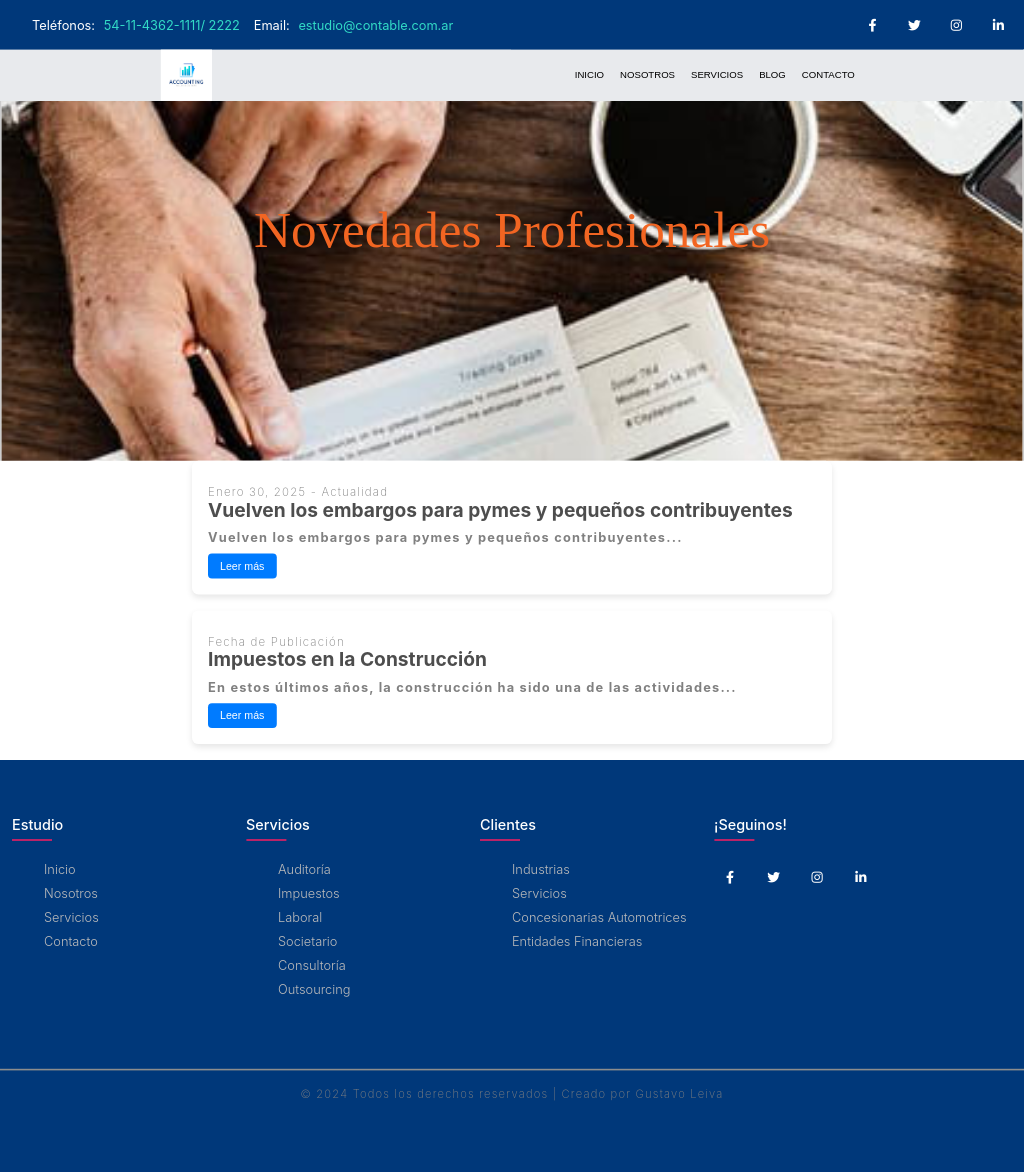
Repository: Gustavo-Leiva/estudioContable
Page: html/blog.html
These files come from the project's save history. The page is drawn as it stood at one moment and after the next save; the edit follows.
The browser window is 1280 px wide. The pictures show the whole page, at 80% of full size.
Some web libraries are served in a nearby version.

Above is the page before, as saved 2025-01-31 19:03:57.

### html/blog.html
<!DOCTYPE html>
<html lang="en">
<head>
    <meta charset="UTF-8">
    <meta name="viewport" content="width=device-width, initial-scale=1.0">
    <title>Blog</title>
    <script src="https://kit.fontawesome.com/363b4ef9d0.js" crossorigin="anonymous"></script>
    <link rel="stylesheet" type="text/css" href="https://cdnjs.cloudflare.com/ajax/libs/font-awesome/6.0.0/css/all.min.css">
    <link rel="stylesheet" type="text/css" href="/css/style.css">
    <script src="../js/app.js"></script>
    <script src="../js/app1.js"></script>
</head>
<body>
    <header id="home" class="header">
        <nav class="nav">
            <div class="container-all">
                <div class="container-contacto">
                    <div class="contacto">
                        <ul class="nav-contacto">
                            <li>
                                <span class="contac">Teléfonos:</span>
                                <a href="#" class="phone">54-11-4362-1111/ 2222</a>
                            </li>
                            <li>
                                <span class="contac">Email:</span>
                                <a href="#" class="email">estudio@contable.com.ar</a>
                            </li>
                        </ul>
                    </div>
                    <div class="social-links">
                        <a href="#"><i class="fab fa-facebook-f"></i></a>
                        <a href="#"><i class="fab fa-twitter"></i></a>
                        <a href="#"><i class="fab fa-instagram"></i></a>
                        <a href="#"><i class="fab fa-linkedin-in"></i></a>
                    </div>
                </div>
                <div class="nav-items">
                    <img src="../img/logo2.jpg" alt="Logo del estudio" class="imagen-logo">
                    <button id="abrir" class="abrir-menu"><i class="fas fa-bars"></i></button>
                    <div class="nav-menu" id="nav">
                        <button id="cerrar" class="cerrar-menu"><i class="fa-solid fa-xmark"></i></button>
                        <ul class="nav-list">
                            <li class="menu-item"><a href="/index.html">Inicio</a></li>
                            <li class="menu-item"><a href="/html/nosotros.html">Nosotros</a></li>
                            <li class="menu-item"><a href="/html/servicios.html">Servicios</a></li>
                            <li class="menu-item"><a href="/html/blog.html">Blog</a></li>
                            <li class="menu-item"><a href="/html/contacto.html">Contacto</a></li>
                        </ul>
                    </div>
                </div>
            </div>
        </nav>
    </header>

    <section class="imagenContenedora" id="imagenContenedora">
        <img class="contenedoraBlog" src="../img/blog.jpg" alt="Imagen de blog">
        <h1 class="leyenda">Novedades Profesionales</h1>
    </section>

    <!-- Contenedor donde se cargarán dinámicamente los artículos -->
    <section id="blog-container" class="blog-container"></section>

    <footer class="footer">
        <div class="footer-container">
            <div class="row">
                <div class="footer-col">
                    <h4 class="title">Estudio</h4>
                    <ul>
                        <li><a href="#">Inicio</a></li>
                        <li><a href="#">Nosotros</a></li>
                        <li><a href="#">Servicios</a></li>
                        <li><a href="#">Contacto</a></li>
                    </ul>
                </div>
                <div class="footer-col">
                    <h4 class="title">Servicios</h4>
                    <ul>
                        <li><a href="#">Auditoría</a></li>
                        <li><a href="#">Impuestos</a></li>
                        <li><a href="#">Laboral</a></li>
                        <li><a href="#">Societario</a></li>
                        <li><a href="#">Consultoría</a></li>
                        <li><a href="#">Outsourcing</a></li>
                    </ul>
                </div>
                <div class="footer-col">
                    <h4 class="title">Clientes</h4>
                    <ul>
                        <li><a href="#">Industrias</a></li>
                        <li><a href="#">Servicios</a></li>
                        <li><a href="#">Concesionarias automotrices</a></li>
                        <li><a href="#">Entidades Financieras</a></li>
                    </ul>
                </div>
                <div class="footer-col footer-links">
                    <h4 class="title">¡Seguinos!</h4>
                    <div class="social-links">
                        <a href="#"><i class="fab fa-facebook-f"></i></a>
                        <a href="#"><i class="fab fa-twitter"></i></a>
                        <a href="#"><i class="fab fa-instagram"></i></a>
                        <a href="#"><i class="fab fa-linkedin-in"></i></a>
                    </div>
                </div>
            </div>
        </div>
        <hr>
        <p class="derechos">&copy; 2024 Todos los derechos reservados | Creado por Gustavo Leiva</p>
    </footer>


</body>
</html>

### js/app1.js
document.addEventListener("DOMContentLoaded", function () {
    // Cargar los artículos desde el archivo JSON
    fetch("../js/articulos.json")
        .then(response => response.json())  // Convertir la respuesta a JSON
        .then(data => {
            const contenedor = document.querySelector(".blog-container");  // Contenedor donde se mostrarán las tarjetas

            // Iterar sobre los artículos y crear una tarjeta para cada uno
            data.forEach(articulo => {
                const card = document.createElement("div");  // Crear un nuevo contenedor para cada artículo
                card.classList.add("blog-card");  // Añadir clase de estilo a la tarjeta

                // Reemplazar saltos de línea en el contenido
                const contenidoConSaltos = articulo.contenido.replace(/\n/g, '<br>');

                // Crear el contenido de la tarjeta
                let cardContent = `
                    <div class="card-header">
                        <p class="date">${articulo.fecha}</p>  <!-- Fecha de publicación -->
                        <h2>${articulo.titulo}</h2>  <!-- Título del artículo -->
                    </div>
                    <div class="card-body">
                        <p class="summary">${articulo.resumen}</p>  <!-- Resumen del artículo -->
                        <p class="full-content" style="display: none;">${contenidoConSaltos}</p>  <!-- Contenido completo (oculto inicialmente) -->
                    </div>
                    <button class="read-more">Leer más</button>  <!-- Botón para mostrar/ocultar el contenido -->
                `;

                // Insertar el contenido en la tarjeta
                card.innerHTML = cardContent;

                contenedor.appendChild(card);  // Añadir la tarjeta al contenedor de artículos
            });

            // Llamar a la función para activar los botones "Leer más"
            inicializarBotones();
        })
        .catch(error => console.error("Error cargando los artículos:", error));  // Manejo de errores

    function inicializarBotones() {
        const botones = document.querySelectorAll('.read-more');

        botones.forEach(button => {
            button.addEventListener('click', function() {
                const contenido = this.previousElementSibling;  // Obtener el contenido completo
                if (contenido.style.display === "none") {
                    contenido.style.display = "block";  // Mostrar contenido
                    this.textContent = "Leer menos";  // Cambiar el texto del botón
                } else {
                    contenido.style.display = "none";  // Ocultar contenido
                    this.textContent = "Leer más";  // Cambiar el texto del botón
                }
            });
        });
    }
});

Loaded but not shown: js/articulos.json (16 lines, source omitted); js/app.js (25 lines, source omitted); css/style.css (1296 lines, source omitted)

After the next save:
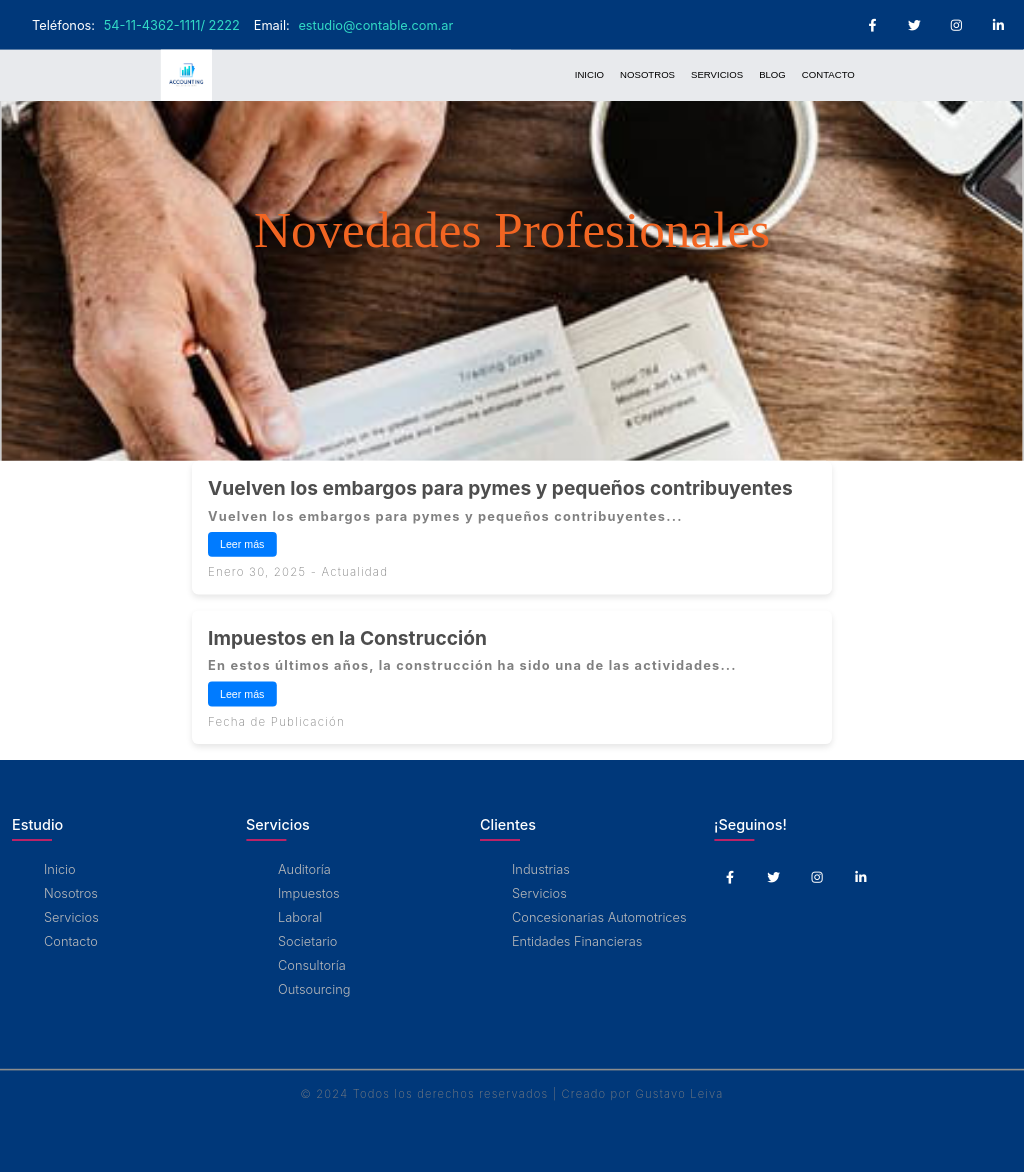
Saved 2 min 11 s later.
--- a/js/app1.js
+++ b/js/app1.js
@@ -1,54 +1,52 @@
 document.addEventListener("DOMContentLoaded", function () {
-    // Cargar los artículos desde el archivo JSON
+    // Cargar artículos desde el JSON
     fetch("../js/articulos.json")
-        .then(response => response.json())  // Convertir la respuesta a JSON
+        .then(response => response.json())
         .then(data => {
-            const contenedor = document.querySelector(".blog-container");  // Contenedor donde se mostrarán las tarjetas
+            const contenedor = document.querySelector(".blog-container");
 
             // Iterar sobre los artículos y crear una tarjeta para cada uno
             data.forEach(articulo => {
-                const card = document.createElement("div");  // Crear un nuevo contenedor para cada artículo
-                card.classList.add("blog-card");  // Añadir clase de estilo a la tarjeta
+                const card = document.createElement("div");
+                card.classList.add("blog-card");
 
-                // Reemplazar saltos de línea en el contenido
-                const contenidoConSaltos = articulo.contenido.replace(/\n/g, '<br>');
-
-                // Crear el contenido de la tarjeta
-                let cardContent = `
-                    <div class="card-header">
-                        <p class="date">${articulo.fecha}</p>  <!-- Fecha de publicación -->
-                        <h2>${articulo.titulo}</h2>  <!-- Título del artículo -->
-                    </div>
-                    <div class="card-body">
-                        <p class="summary">${articulo.resumen}</p>  <!-- Resumen del artículo -->
-                        <p class="full-content" style="display: none;">${contenidoConSaltos}</p>  <!-- Contenido completo (oculto inicialmente) -->
-                    </div>
-                    <button class="read-more">Leer más</button>  <!-- Botón para mostrar/ocultar el contenido -->
+                // Crear el HTML de la tarjeta
+                card.innerHTML = `
+                    <h2>${articulo.titulo}</h2>
+                    <p class="summary">${articulo.resumen}</p>
+                    <p class="full-content" style="display: none;">${articulo.contenido}</p>
+                    <button class="read-more">Leer más</button>
+                    <p class="date">${articulo.fecha}</p>
                 `;
 
-                // Insertar el contenido en la tarjeta
-                card.innerHTML = cardContent;
-
-                contenedor.appendChild(card);  // Añadir la tarjeta al contenedor de artículos
+                // Añadir la tarjeta al contenedor
+                contenedor.appendChild(card);
             });
 
-            // Llamar a la función para activar los botones "Leer más"
+            // Llamar a la función para activar los botones después de agregar los artículos
             inicializarBotones();
         })
-        .catch(error => console.error("Error cargando los artículos:", error));  // Manejo de errores
+        .catch(error => console.error("Error cargando los artículos:", error));
 
+    // Función para manejar los botones "Leer más"
     function inicializarBotones() {
-        const botones = document.querySelectorAll('.read-more');
+        const readMoreButtons = document.querySelectorAll(".read-more");
 
-        botones.forEach(button => {
-            button.addEventListener('click', function() {
-                const contenido = this.previousElementSibling;  // Obtener el contenido completo
-                if (contenido.style.display === "none") {
-                    contenido.style.display = "block";  // Mostrar contenido
-                    this.textContent = "Leer menos";  // Cambiar el texto del botón
-                } else {
-                    contenido.style.display = "none";  // Ocultar contenido
-                    this.textContent = "Leer más";  // Cambiar el texto del botón
+        // Recorrer cada botón y agregar un evento de clic
+        readMoreButtons.forEach(button => {
+            button.addEventListener("click", function () {
+                const card = this.closest(".blog-card");
+                const fullContent = card.querySelector(".full-content");
+                const isActive = fullContent.style.display === "block";
+
+                // Cerrar todos los contenidos antes de abrir el nuevo
+                document.querySelectorAll(".full-content").forEach(content => content.style.display = "none");
+                document.querySelectorAll(".read-more").forEach(btn => btn.textContent = "Leer más");
+
+                // Si no estaba abierta, abrirla
+                if (!isActive) {
+                    fullContent.style.display = "block";
+                    this.textContent = "Leer menos";
                 }
             });
         });
